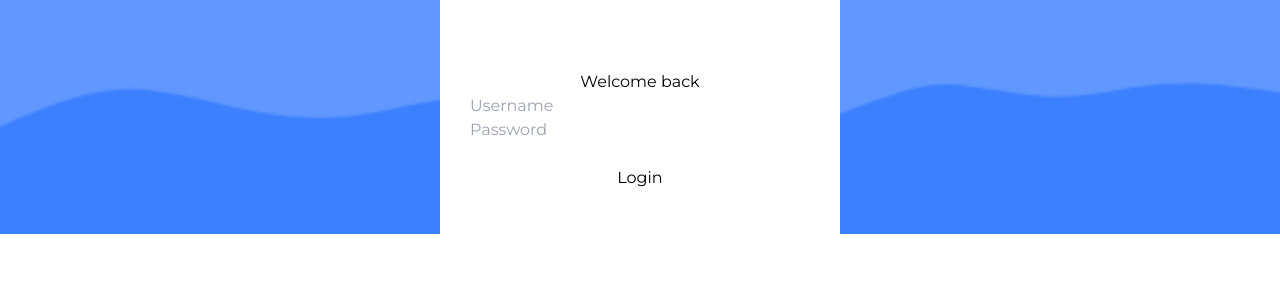
Repository: SatohJiro/CourseSale
Page: /
These files come from the project's save history. The page is drawn as it stood at one moment and after the next save; the edit follows.
The browser window is 1280 px wide. The pictures show the whole page.
The project was rebuilt for these pictures with package versions that can differ from the ones it lists, and the page was loaded fresh each time. Also part of the build but not shown: src/pages/Home/index.js, src/pages/Courses/index.js, src/layout/DefaultLayout/DefaultLayout.module.scss, src/layout/components/Header/Header.module.scss, src/layout/components/Header/index.js, src/layout/components/Sidebar/Sidebar.module.scss, src/layout/components/Sidebar/index.js, src/layout/DefaultLayout/index.js.

Above is the page before, as saved 2022-12-05 10:52:32.

### public/index.html
<!DOCTYPE html>
<html lang="en">
  <head>
    <meta charset="utf-8" />
    <link rel="icon" href="%PUBLIC_URL%/favicon.ico" />
    <meta name="viewport" content="width=device-width, initial-scale=1" />
    <meta name="theme-color" content="#000000" />
    <meta
      name="description"
      content="Web site created using create-react-app"
    />
    <link rel="apple-touch-icon" href="%PUBLIC_URL%/logo192.png" />
    <!--
      manifest.json provides metadata used when your web app is installed on a
      user's mobile device or desktop. See https://developers.google.com/web/fundamentals/web-app-manifest/
    -->
    <link rel="manifest" href="%PUBLIC_URL%/manifest.json" />
    <!--
      Notice the use of %PUBLIC_URL% in the tags above.
      It will be replaced with the URL of the `public` folder during the build.
      Only files inside the `public` folder can be referenced from the HTML.

      Unlike "/favicon.ico" or "favicon.ico", "%PUBLIC_URL%/favicon.ico" will
      work correctly both with client-side routing and a non-root public URL.
      Learn how to configure a non-root public URL by running `npm run build`.
    -->
    <title>Course Sale</title>
  </head>
  <body>
    <noscript>You need to enable JavaScript to run this app.</noscript>
    <div id="root"></div>
    <!--
      This HTML file is a template.
      If you open it directly in the browser, you will see an empty page.

      You can add webfonts, meta tags, or analytics to this file.
      The build step will place the bundled scripts into the <body> tag.

      To begin the development, run `npm start` or `yarn start`.
      To create a production bundle, use `npm run build` or `yarn build`.
    -->
  </body>
</html>

### src/index.js
import React from "react";
import ReactDOM from "react-dom/client";
import App from "./App";
import reportWebVitals from "./reportWebVitals";

import GlobalStyles from "~/components/GlobalStyles";

const root = ReactDOM.createRoot(document.getElementById("root"));
root.render(
  <React.StrictMode>
    <GlobalStyles>
      <App />
    </GlobalStyles>
  </React.StrictMode>
);

// If you want to start measuring performance in your app, pass a function
// to log results (for example: reportWebVitals(console.log))
// or send to an analytics endpoint. Learn more: https://bit.ly/CRA-vitals
reportWebVitals();

### src/App.js
import { Fragment } from "react";
import { BrowserRouter as Router, Routes, Route } from "react-router-dom";
import { publicRoutes } from "~/routes";
import { DefaultLayout } from "~/layout";
import Login from "./pages/Login/Login";

function App() {
  return (
    // <Router>
    //   <div className="App">
    //     <Routes>
    //       {publicRoutes.map((route, index) => {
    //         let Layout = DefaultLayout;
    //         if (route.layout) {
    //           Layout = route.layout;
    //         } else if (route.layout === null) {
    //           Layout = Fragment;
    //         }
    //         const Page = route.component;
    //         return (
    //           <Route
    //             key={index}
    //             path={route.path}
    //             element={
    //               <Layout>
    //                 <Page />
    //               </Layout>
    //             }
    //           />
    //         );
    //       })}
    //     </Routes>
    //   </div>
    // </Router>
    <Login></Login>
  );
}

export default App;

### src/components/GlobalStyles/index.js
import './GlobalStyles.scss'

function GlobalStyles({children}){
    return children
}
export default GlobalStyles

### src/routes/index.js
import { ROUTE_NAME } from "./routesConstant";

import Home from "~/pages/Home";
import Courses from "~/pages/Courses";
import Login from "~/pages/Login/Login";

const publicRoutes = [
  { path: ROUTE_NAME.ROOT, component: Home },
  { path: ROUTE_NAME.COURSES, component: Courses },
  { path: ROUTE_NAME.LOGIN, component: Login },
];
const privateRoutes = [];
export { publicRoutes, privateRoutes };

### src/layout/index.js
export {default as DefaultLayout} from './DefaultLayout'

### src/pages/Login/Login.jsx
import React from "react";

const Login = () => {
  return (
    <>
      <div className="grid place-items-center m-0 px-[24px] bg-login bg-no-repeat bg-cover animate-background-pan">
        <div className="w-[400px] px-[30px] pt-[70px] pb-[44px] round-[24px] bg-white text-center">
          <h2>Welcome back</h2>
          <form action="" className="grid">
            <input type="text" placeholder="Username" />
            <input type="password" placeholder="Password" />
            <a href="#">Forgot your password?</a>
            <butotn>Login</butotn>
          </form>
        </div>
      </div>
    </>
  );
};

export default Login;

### src/components/GlobalStyles/GlobalStyles.scss
@tailwind base;
@tailwind components;
@tailwind utilities;
@import "normalize.css";
@import url("https://fonts.googleapis.com/css2?family=Montserrat:wght@300;400;500;600;700&display=swap");

:root {
}
* {
  margin: 0;
  padding: 0;
  box-sizing: border-box;
}
html {
  font-size: 62.5%;
  a {
    color: #fff;
  }
}
body {
  font-family: "Montserrat";
  font-size: 1.6rem;
  line-height: 1.5;
  text-rendering: optimizeSpeed;
}

### src/routes/routesConstant.js
const HOME = "/";
const COURSES = "/courses";
const LOGIN = "/login";

export const ROUTE_NAME = {
  LOGIN: LOGIN,
  ROOT: HOME,
  COURSES: COURSES,
};

### src/layout/components/Sidebar/Sidebar.js
import classNames from "classnames/bind";
import style from "./Sidebar.module.scss";

import { ROUTE_NAME } from "~/routes/routesConstant";
import { AiOutlineHome, AiOutlineUnorderedList } from "react-icons/ai";

import { Link } from "react-router-dom";
import { useState } from "react";

const cx = classNames.bind(style);

const listTab = [
  {
    name: "home",
    path: ROUTE_NAME.ROOT,
    title: "Trang chủ",
    icon: <AiOutlineHome className={cx("menu-icon")} />,
  },
  {
    name: "courses",
    path: ROUTE_NAME.COURSES,
    title: "Khóa học",
    icon: <AiOutlineUnorderedList className={cx("menu-icon")} />,
  },
];
function Sidebar() {
  const [tabActive, setTabActive] = useState(listTab[0].name);
  return (
    <div className={cx("wrapper")}>
      <div className={cx("menu-wrapper")}>
        {listTab.map((item, index) => {
          return (
            <Link
              to={item.path}
              className={cx(
                "menu-item",
                tabActive === item.name ? "active" : null
              )}
              key={index}
              onClick={() => {
                setTabActive(item.name);
              }}
            >
              {item.icon}
              <span className={cx("menu-title")}>{item.title}</span>
            </Link>
          );
        })}
      </div>
    </div>
  );
}

export default Sidebar;

### tailwind.config.js
/** @type {import('tailwindcss').Config} */
module.exports = {
  content: ["./src/**/*.{js,jsx,ts,tsx}"],
  theme: {
    extend: {
      backgroundImage: {
        login: "url('../assets/img/login/login.png')",
      },
      keyframs: {
        pan: {
          "100%": { backgroundPosition: "15% 50%" },
        },
      },
      animation: {
        "background-pan": "pan 6s infinite alternate linear",
      },
    },
  },
  plugins: [],
};

Loaded but not shown: src/reportWebVitals.js (common file)

After the next save:
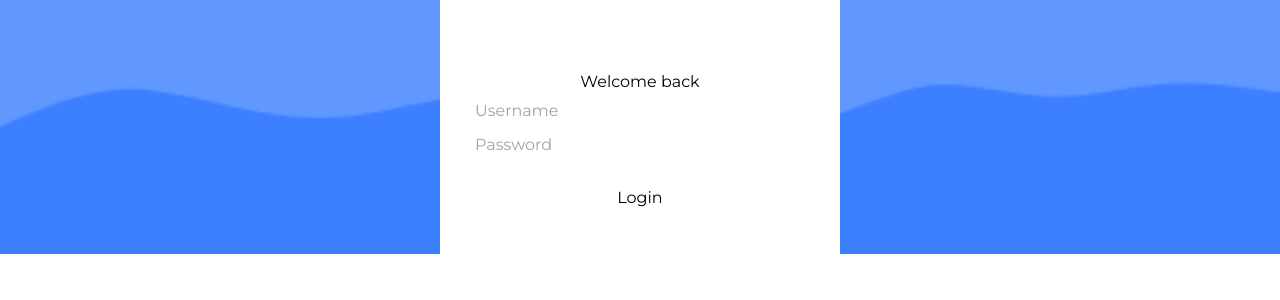
Saved 87 s later.
--- a/src/pages/Login/Login.jsx
+++ b/src/pages/Login/Login.jsx
@@ -7,8 +7,8 @@ const Login = () => {
         <div className="w-[400px] px-[30px] pt-[70px] pb-[44px] round-[24px] bg-white text-center">
           <h2>Welcome back</h2>
           <form action="" className="grid">
-            <input type="text" placeholder="Username" />
-            <input type="password" placeholder="Password" />
+            <input className="p-2" type="text" placeholder="Username" />
+            <input className="p-2" type="password" placeholder="Password" />
             <a href="#">Forgot your password?</a>
             <butotn>Login</butotn>
           </form>
